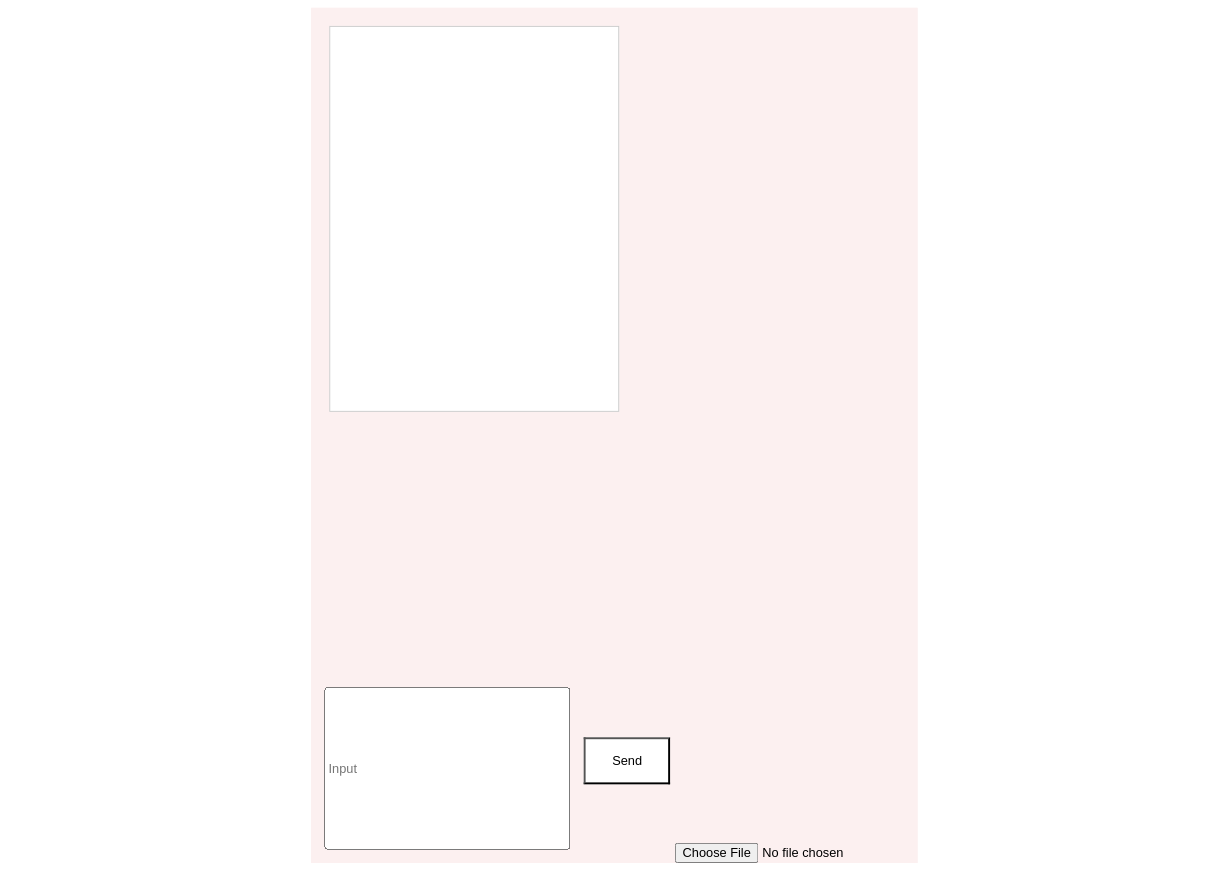
Repository: ddt2h/node-express-chat
Page: front/index.html
These files come from the project's save history. The page is drawn as it stood at one moment and after the next save; the edit follows.
The browser window is 1280 px wide. The pictures show the whole page, at 96% of full size.
The page's requests for data from a server got no answer.

Above is the page before, as saved 2024-07-08 15:59:24.

After the next save:
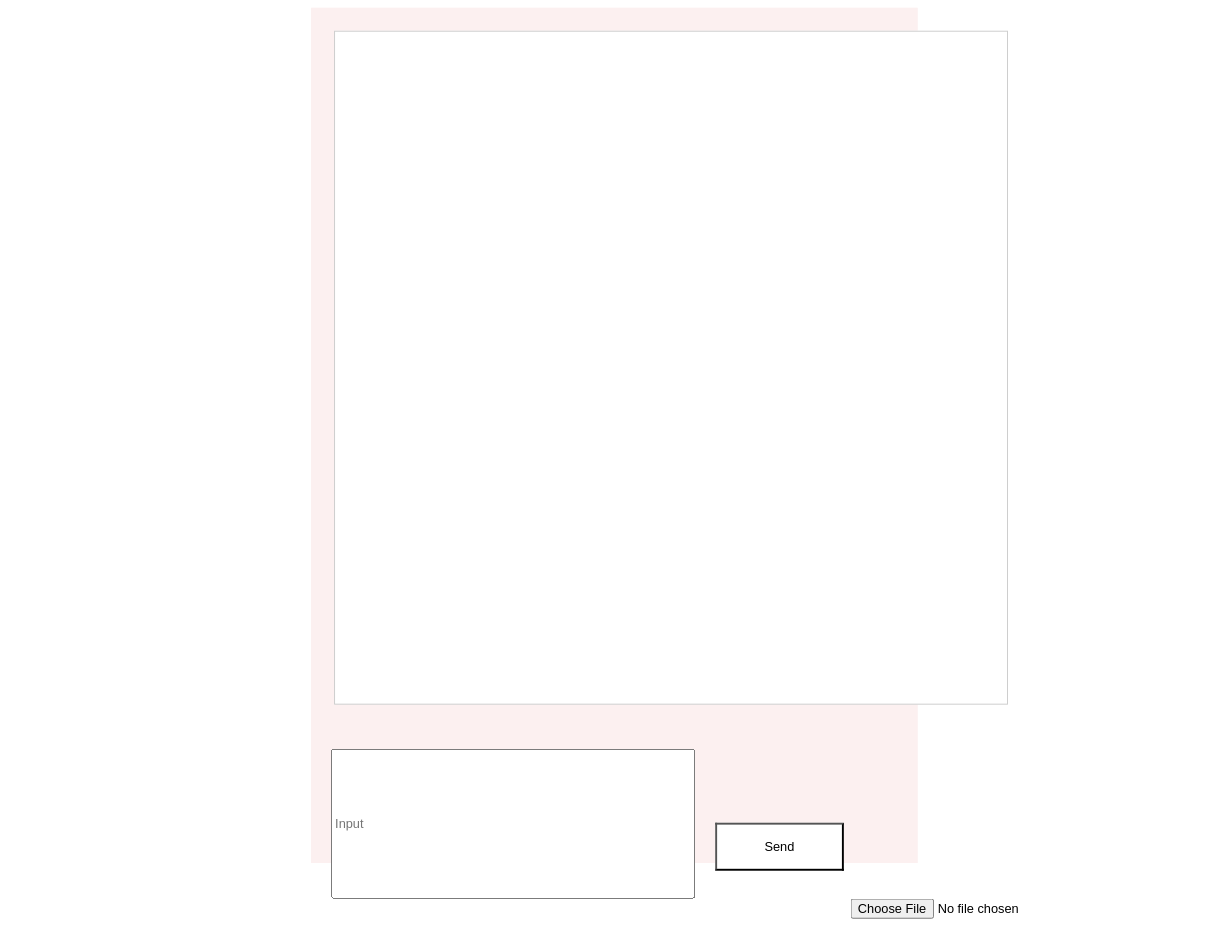
Saved 28 s later.
--- a/front/index.html
+++ b/front/index.html
@@ -47,9 +47,9 @@
             grid-area: 1 / 1 / 5 / 6;
             background-color: rgb(255, 255, 255);
             margin: 3%;
-            width: 300px;
-            height: 400px; /* Example height */
-            overflow-y: auto; /* Enable vertical scrolling */
+            width: 700px;
+            height: 700px;
+            overflow-y: auto;
             border: 1px solid #ccc;
         }
 
